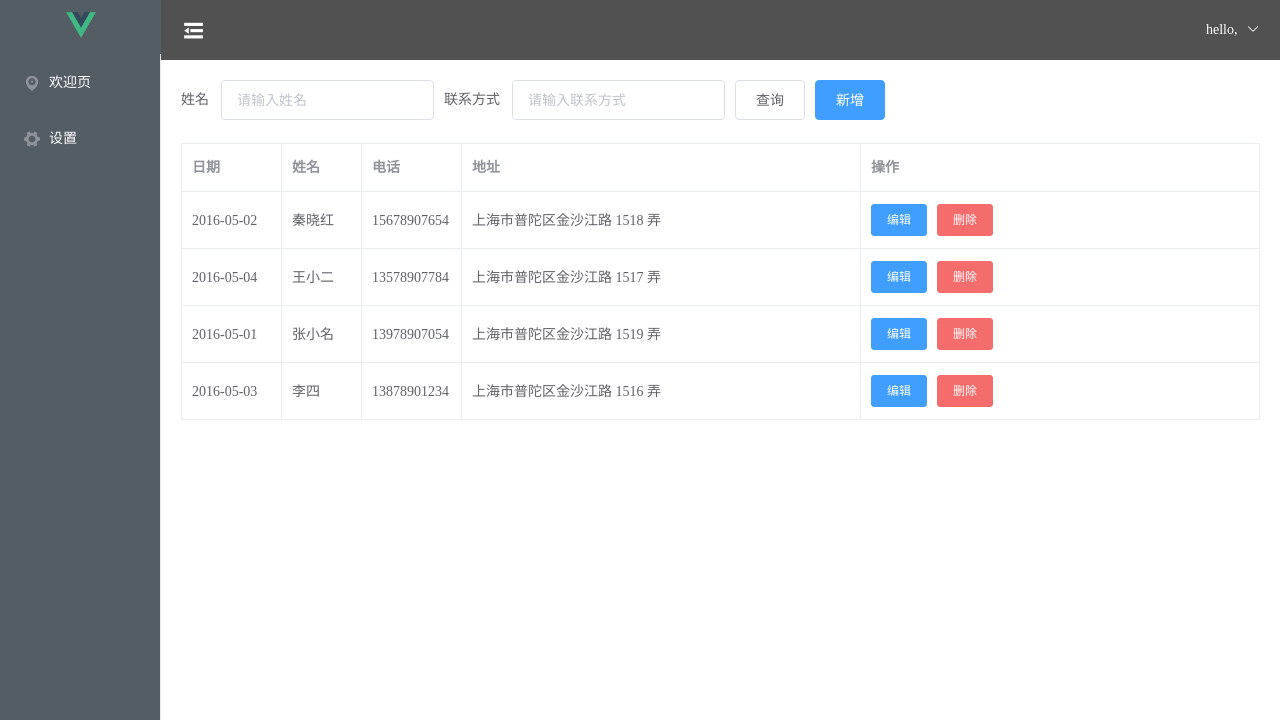
Repository: qianxuebing/admin
Page: /Layout/Table
An editor plug-in stored every save of this project. The page is shown before and after the next save, followed by the edit.
The browser window is 1280 px wide. The pictures show the whole page.
The project was rebuilt for these pictures with package versions that can differ from the ones it lists, and the page was loaded fresh each time. Also part of the build but not shown: src/views/login/Login.vue. Imported but missing from the stored project, and not drawn on this page: src/views/home/Home.

Above is the page before, as saved 2019-12-10 16:15:51.

### src/main.js
// The Vue build version to load with the `import` command
// (runtime-only or standalone) has been set in webpack.base.conf with an alias.
import Vue from 'vue'
import App from './App'
import router from './router'
import ElementUI from 'element-ui'
import 'element-ui/lib/theme-chalk/index.css'
import store from './store/index'

Vue.use(ElementUI)

Vue.config.productionTip = false

/* eslint-disable no-new */
new Vue({
  el: '#app',
  router,
  store,
  components: { App },
  template: '<App/>'
})

### src/App.vue
<template>
  <div id="app">
    <router-view/>
  </div>
</template>

<script>
export default {
  name: 'App'
}
</script>

<style>
html,body {
  height: 100%;
  overflow: hidden;
  margin: 0;
  padding: 0;
}
  #app {
    height: 100%;
  }
</style>

### src/router/index.js
import Vue from 'vue'
import Router from 'vue-router'
import Login from '@/views/login/Login'
import Layout from '@/views/layout/Layout'
import Home from '@/views/home/Home'
import Table from '@/views/table/Table'

Vue.use(Router)

export default new Router({
  mode: 'history',
  routes: [
    {
      path: '/',
      name: 'Login',
      component: Login
    },
    {
      path: '/Layout',
      component: Layout,
      children: [
        {
          path: '/',
          name: 'Home',
          component: Home
        },
        {
          path: '/Layout/Table',
          name: 'Table',
          component: Table
        }
      ]
    }
  ]
})

### src/store/index.js
import Vue from 'vue'
import Vuex from 'vuex'

Vue.use(Vuex)

const store = new Vuex.Store({
  state: {
    isActive: false,
    loginForm: {
      name: '',
      pass: ''
    }
  },
  getters: {

  },
  mutations: {
    TOGGLE_SIDEBAR (state) {
      state.isActive = !state.isActive
    },
    LOGIN (state, loginForm) {
      state.loginForm = loginForm
    }
  },
  actions: {
    toggleSideBar ({commit}) {
      commit('TOGGLE_SIDEBAR')
    },
    login (context, loginForm) {
      context.commit('LOGIN', loginForm)
    }
  }
})

export default store

### src/views/layout/Layout.vue
<template>
  <el-container class="container">
      <side-bar></side-bar>
      <el-container>
          <el-header class="header">
            <nav-bar></nav-bar>
          </el-header>
          <el-main>
            <router-view></router-view>
          </el-main>
      </el-container>
  </el-container>
</template>

<script>
import SideBar from '../../components/SideBar'
import NavBar from '../../components/NavBar'
export default {
  components: {
    SideBar,
    NavBar
  }
}
</script>

<style>
  .container{
    height: 100%;
  }
  .header{
    background: rgb(82, 81, 81);
    color: #fff;
  }
</style>

### src/views/table/Table.vue
<template>
  <div>
    <el-form :inline="true" :model="formInline">
      <el-form-item label="姓名">
         <el-input v-model="formInline.name" placeholder="请输入姓名"></el-input>
      </el-form-item>
      <el-form-item label="联系方式">
         <el-input v-model="formInline.telephone" placeholder="请输入联系方式"></el-input>
      </el-form-item>
      <el-form-item>
        <el-button @click="onSearch">查询</el-button>
        <el-button type="primary" @click="onAdd">新增</el-button>
      </el-form-item>
    </el-form>
    <el-table :data="tableData" style="width: 100%" border>
      <el-table-column
        prop="date"
        label="日期"
        width="100">
      </el-table-column>
      <el-table-column
        prop="name"
        label="姓名"
        width="80">
      </el-table-column>
      <el-table-column
        prop="tel"
        label="电话"
        width="100">
      </el-table-column>
      <el-table-column
        prop="address"
        label="地址">
      </el-table-column>
       <el-table-column
        prop="operation"
        label="操作">
        <template slot-scope="scope">
          <el-button @click="handleEdit(scope.$index,scope.row)" type="primary" size="small">编辑</el-button>
          <el-button @click="handleDelete(scope.$index,scope.row)" type="danger" size="small">删除</el-button>
        </template>
      </el-table-column>
    </el-table>

    <!-- dialog -->
    <el-dialog :title="title" :visible.sync="dialogFormVisible">
      <el-form :model="editForm" label-width="80px">
        <el-form-item label="姓名">
          <el-input v-model="editForm.name" autocomplete="off"></el-input>
        </el-form-item>
        <el-form-item label="电话">
          <el-input v-model="editForm.tel" autocomplete="off"></el-input>
        </el-form-item>
         <el-form-item label="地址">
          <el-input v-model="editForm.address" autocomplete="off"></el-input>
        </el-form-item>
      </el-form>
      <div slot="footer" class="dialog-footer">
        <el-button @click="dialogFormVisible = false">取 消</el-button>
        <el-button type="primary" @click="onSave">保存</el-button>
      </div>
    </el-dialog>
  </div>
</template>

<script>
import tableData from './tableData.js'
export default {
  data () {
    return {
      tableData: tableData,
      title: '',
      dialogFormVisible: false,
      editIndex: 0,
      formInline: {
        name: '',
        telephone: ''
      },
      editForm: {
        name: '',
        tel: '',
        address: ''
      }
    }
  },
  methods: {
    onSearch () {
      if (this.formInline.name === '' && this.formInline.telephone === '') {
        this.$message({
          message: '请输入查询条件',
          type: 'error'
        })
        return false
      } else {
        this.$message({
          message: '查询成功',
          type: 'success'
        })
      }
    },
    onAdd () {
      this.title = '新增'
      this.dialogFormVisible = true
      this.editForm = {}
    },
    handleEdit (index, row) {
      this.editIndex = index
      this.title = '编辑'
      this.dialogFormVisible = true
      this.editForm = Object.assign({}, row)
    },
    handleDelete (index, row) {
      this.$confirm(`确定要删除"${row.name}"的相关信息吗？`, '提示', {
        confirmButtonText: '确定',
        cancelButtonText: '取消',
        type: 'warning'
      }).then(() => {
        this.tableData.splice(index, 1)
        this.$message({
          type: 'success',
          message: '删除成功!'
        })
      }).catch(() => {
        this.$message({
          type: 'info',
          message: '已取消删除'
        })
      })
    },
    onSave () {
      this.dialogFormVisible = false
      if (this.title === '新增') {
        this.tableData.push({
          date: new Date().toLocaleString,
          name: this.editForm.name,
          tel: this.editForm.tel,
          address: this.editForm.address
        })
      } else {
        this.tableData.splice(this.editIndex, 1, this.editForm)
      }
    }
  }
}
</script>

<style>

</style>

### src/components/SideBar.vue
<template>
<div class="side-bar">
  <div style="text-align: center">
    <el-image
      style="width: 30px; height: 30px"
      :src="logo"
      fit>
    </el-image>
  </div>
  <el-menu router :default-active="$route.path" class="el-menu-vertical-demo menu" :collapse="isActive" background-color="#545c64" text-color="#fff"  acitve-background-color="#001528" active-text-color="#ffd04b">
    <template v-for="item in sideBarData">
      <el-menu-item :index="item.path" :key="item.id">
        <i :class="item.icon"></i>
        <span slot="title">{{ item.title }}</span>
      </el-menu-item>
    </template>
  </el-menu>
</div>
</template>

<script>
import { mapState } from 'vuex'
import sideBarData from './mock.js'
import logo from '@/assets/logo.png'
export default {
  data () {
    return {
      sideBarData: sideBarData,
      logo: logo
    }
  },
  computed: {
    ...mapState(['isActive'])
  }
}
</script>

<style>
  .menu {
    height: 100%;
    overflow: auto;
    border: 0;
  }
  .el-menu-vertical-demo:not(.el-menu--collapse) {
    width: 160px;
  }
  .side-bar{
    background-color: #545c64;
  }
  .el-image{
    margin: 10px auto;
  }
</style>

### src/components/NavBar.vue
<template>
  <div class="header-inner">
    <i class="active-btn" :class="`${isActive ? 'el-icon-s-unfold' : 'el-icon-s-fold'}`" @click="toggleSideBar" size='lage'></i>
    <el-dropdown  @command="handleCommand">
      <span class="el-dropdown-link">
        hello, {{ loginForm.name }}<i class="el-icon-arrow-down el-icon--right"></i>
      </span>
      <el-dropdown-menu slot="dropdown">
        <el-dropdown-item command="out">退出登录</el-dropdown-item>
      </el-dropdown-menu>
    </el-dropdown>
  </div>
</template>

<script>
import { mapState } from 'vuex'
export default {
  computed: {
    ...mapState(['isActive', 'loginForm'])
  },
  methods: {
    toggleSideBar () {
      this.$store.dispatch('toggleSideBar')
    },
    handleCommand (command) {
      this.$router.push({path: '/'})
      this.loginForm.name = ''
      this.loginForm.pass = ''
      this.$store.dispatch('login', this.loginForm)
    }
  }
}
</script>

<style>
  .header-inner{
    height: 60px;
    display: flex;
    justify-content: space-between;
    align-items: center;
  }
  .active-btn{
    font-size: 25px;
  }
  .header-inner .el-dropdown{
    color: #fff;
  }
</style>

### src/views/table/tableData.js
const tableData = [{
  date: '2016-05-02',
  name: '秦晓红',
  tel: '15678907654',
  address: '上海市普陀区金沙江路 1518 弄'
}, {
  date: '2016-05-04',
  name: '王小二',
  tel: '13578907784',
  address: '上海市普陀区金沙江路 1517 弄'
}, {
  date: '2016-05-01',
  name: '张小名',
  tel: '13978907054',
  address: '上海市普陀区金沙江路 1519 弄'
}, {
  date: '2016-05-03',
  name: '李四',
  tel: '13878901234',
  address: '上海市普陀区金沙江路 1516 弄'
}]

export default tableData

### src/components/mock.js
const sideBarData = [
  {
    id: '01',
    path: '/layout',
    title: '欢迎页',
    icon: 'el-icon-location'
  }, {
    id: '02',
    path: '/layout/table',
    title: '设置',
    icon: 'el-icon-s-tools'
  }
]

export default sideBarData

Loaded but not shown: index.html (common file)

After the next save:
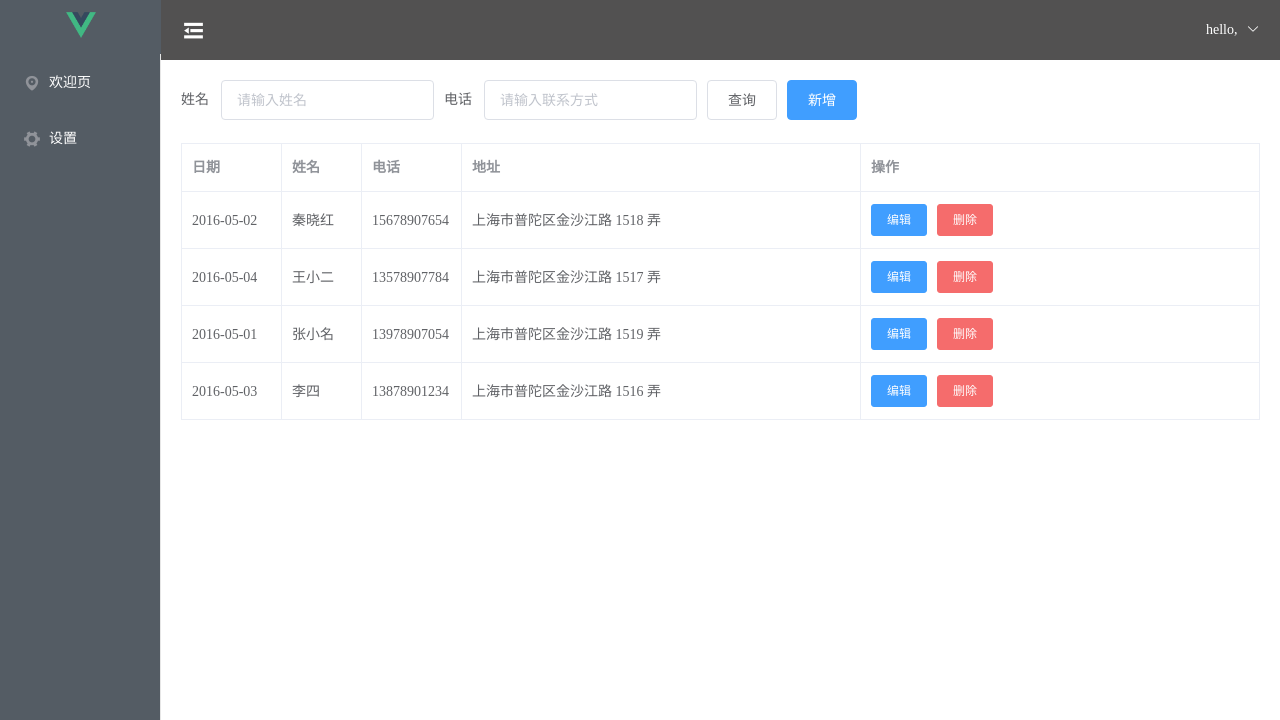
Saved 72 s later.
--- a/src/views/table/Table.vue
+++ b/src/views/table/Table.vue
@@ -4,7 +4,7 @@
       <el-form-item label="姓名">
          <el-input v-model="formInline.name" placeholder="请输入姓名"></el-input>
       </el-form-item>
-      <el-form-item label="联系方式">
+      <el-form-item label="电话">
          <el-input v-model="formInline.telephone" placeholder="请输入联系方式"></el-input>
       </el-form-item>
       <el-form-item>
